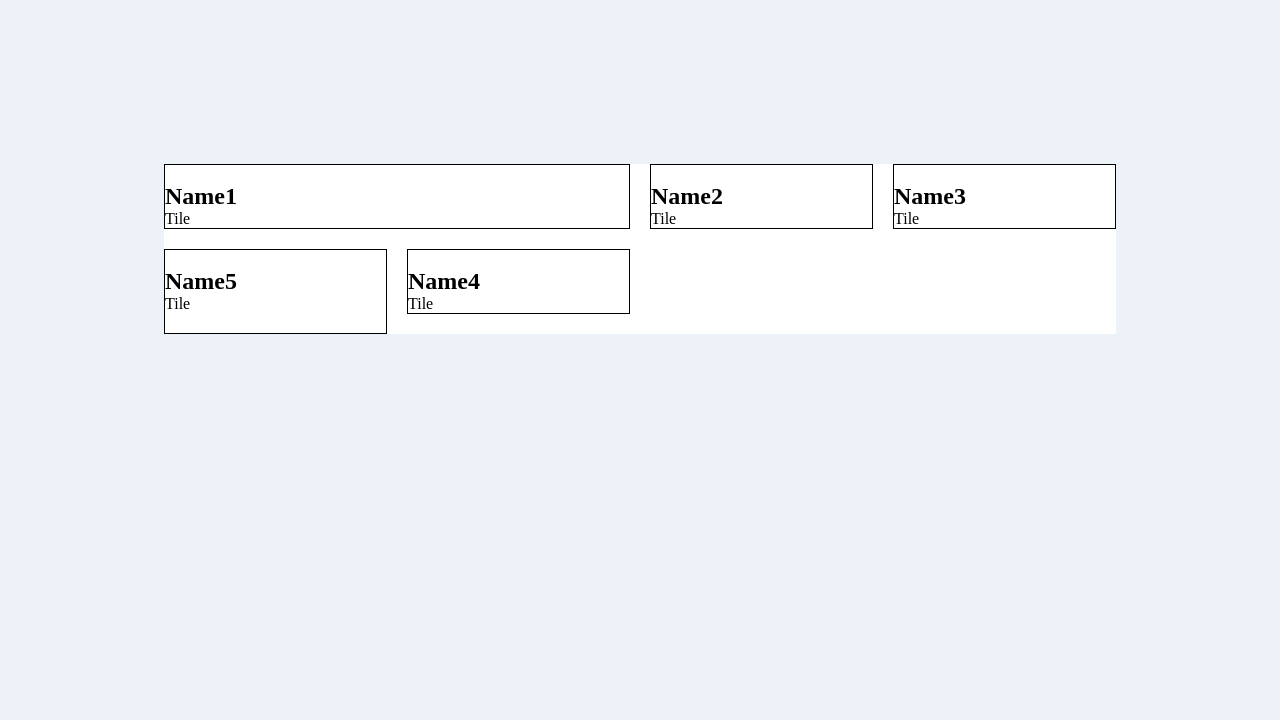
Repository: brandontaylor1/testimonial-card
Page: index.html
These files come from the project's save history. The page is drawn as it stood at one moment and after the next save; the edit follows.
The browser window is 1280 px wide. The pictures show the whole page.

Above is the page before, as saved 2025-01-10 22:47:35.

After the next save:
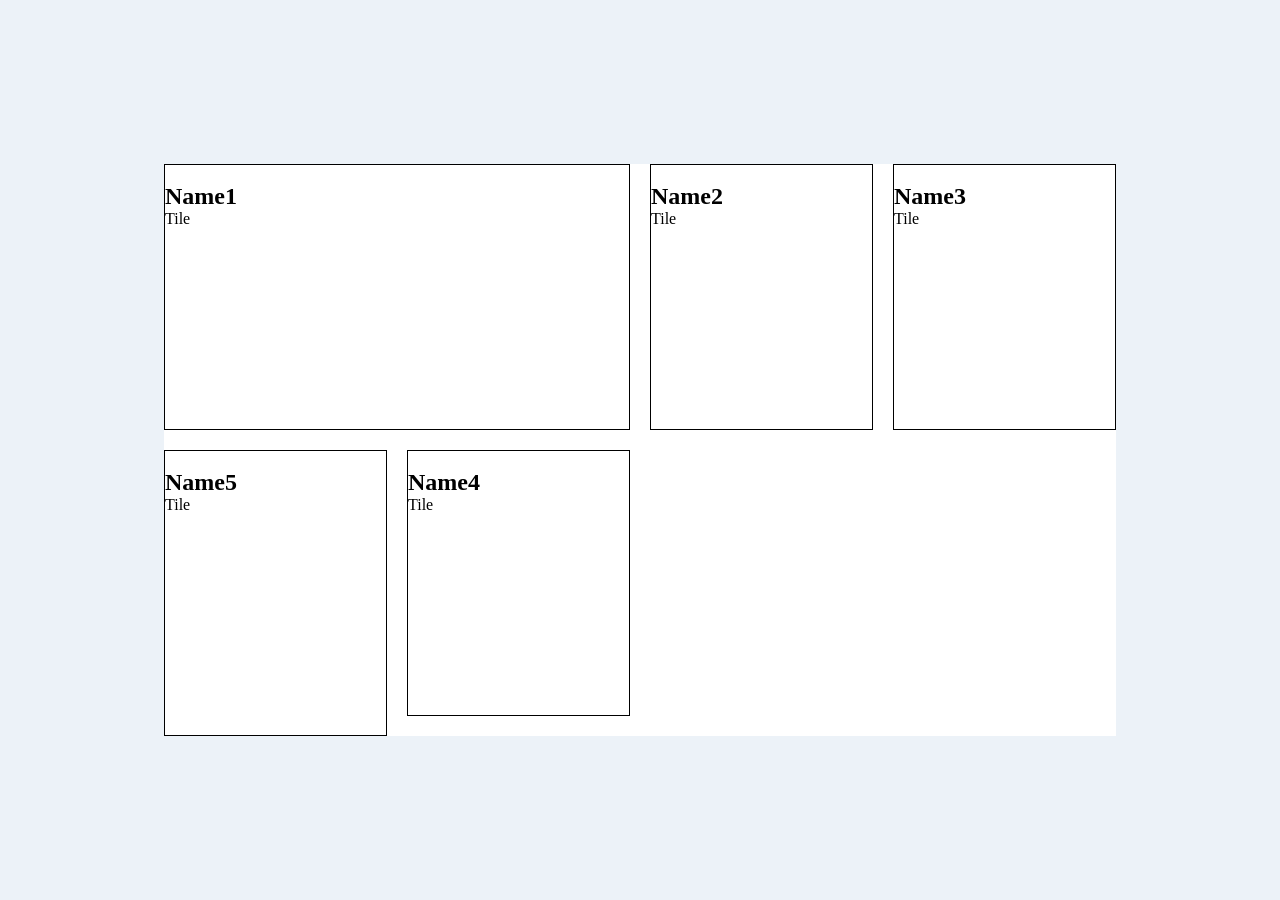
Saved 47 s later.
--- a/styles.css
+++ b/styles.css
@@ -26,6 +26,7 @@ body {
     grid-template-rows: repeat(2, 1fr);
     gap: 20px;
     background-color: var(--primary-white);
+    height: 572px;
 }
 
 .card {
